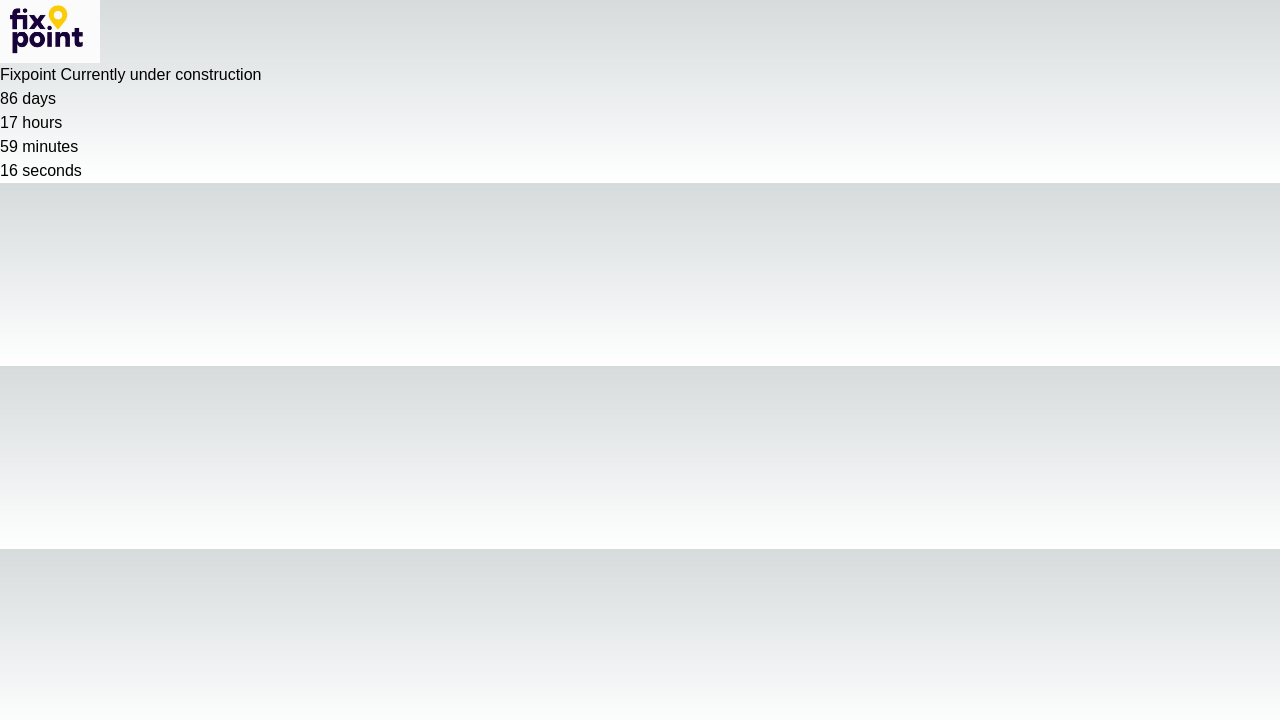
Repository: emorilebo/fixpoint_web
Page: /
These files come from the project's save history. The page is drawn as it stood at one moment and after the next save; the edit follows.
The browser window is 1280 px wide. The pictures show the whole page.
The project was rebuilt for these pictures with package versions that can differ from the ones it lists, and the page was loaded fresh each time. The framework's server and built-in components were replaced by stand-ins that run in the browser. Also part of the build but not shown: next.config.js.

Above is the page before, as saved 2023-09-15 20:03:41.

### src/pages/index.tsx
import Image from 'next/image';
import Countdown from '../../components/Countdown';

const HomePage: React.FC = () => {
  const targetDate = '2023-09-30T00:00:00';

  return (
    <div>
      <Image src='/public/logo.jpg' width='100' height='100'/>
      {/* <Image/> */}
      <h1>Fixpoint Currently under construction</h1>
      <Countdown targetDate={targetDate} />
    </div>
  );
};

export default HomePage;

### src/styles/globals.css
@tailwind base;
@tailwind components;
@tailwind utilities;

body {
  font-family: sans-serif;
}

.countdown-timer {
  display: flex;
  justify-content: center;
  align-items: center;
  height: 100vh;
  background-color: #fff;
}

.countdown-timer__clock {
  font-size: 100px;
  font-weight: bold;
}

.countdown-timer__controls {
  margin-top: 50px;
}

.countdown-timer__controls button {
  padding: 10px 20px;
  background-color: #000;
  color: #fff;
  border: none;
  border-radius: 5px;
  cursor: pointer;
}


:root {
  --foreground-rgb: 0, 0, 0;
  --background-start-rgb: 214, 219, 220;
  --background-end-rgb: 255, 255, 255;
}

@media (prefers-color-scheme: dark) {
  :root {
    --foreground-rgb: 255, 255, 255;
    --background-start-rgb: 0, 0, 0;
    --background-end-rgb: 0, 0, 0;
  }
}

body {
  color: rgb(var(--foreground-rgb));
  background: linear-gradient(
      to bottom,
      transparent,
      rgb(var(--background-end-rgb))
    )
    rgb(var(--background-start-rgb));
}

### components/Countdown.tsx
import { useEffect, useState } from 'react';

interface CountdownProps {
  targetDate: string;
}

const Countdown: React.FC<CountdownProps> = ({ targetDate }) => {
  const [timeLeft, setTimeLeft] = useState<number>(0);

  useEffect(() => {
    const interval = setInterval(() => {
      const now = new Date().getTime();
      const distance = new Date(targetDate).getTime() - now;
      setTimeLeft(Math.max(0, distance));
    }, 1000);

    return () => clearInterval(interval);
  }, [targetDate]);

  const days = Math.floor(timeLeft / (1000 * 60 * 60 * 24));
  const hours = Math.floor((timeLeft % (1000 * 60 * 60 * 24)) / (1000 * 60 * 60));
  const minutes = Math.floor((timeLeft % (1000 * 60 * 60)) / (1000 * 60));
  const seconds = Math.floor((timeLeft % (1000 * 60)) / 1000);

  return (
    <div>
      <div>{days} days</div>
      <div>{hours} hours</div>
      <div>{minutes} minutes</div>
      <div>{seconds} seconds</div>
    </div>
  );
};

export default Countdown;

Loaded but not shown: src/pages/_app.tsx (common file); src/pages/_document.tsx (common file); tailwind.config.js (common file)

After the next save:
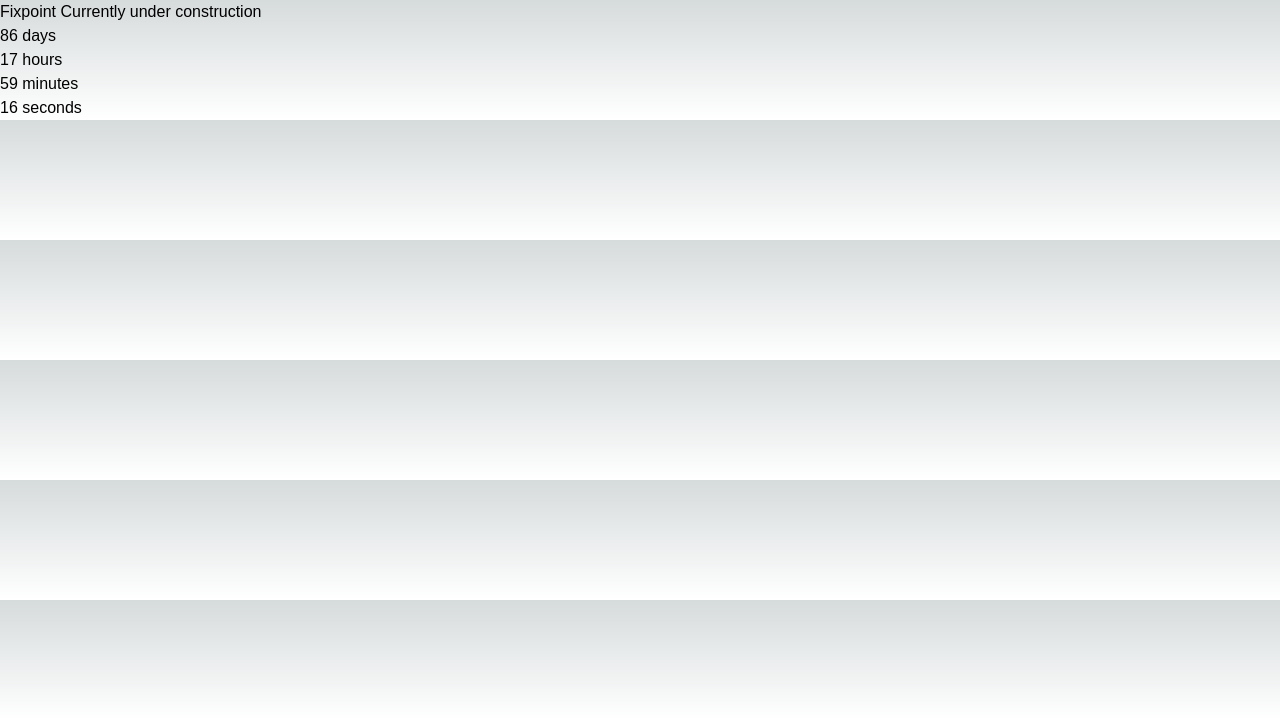
Saved 2 min 36 s later.
--- a/src/pages/index.tsx
+++ b/src/pages/index.tsx
@@ -6,8 +6,7 @@
 
   return (
     <div>
-      <Image src='/public/logo.jpg' width='100' height='100'/>
-      {/* <Image/> */}
+
       <h1>Fixpoint Currently under construction</h1>
       <Countdown targetDate={targetDate} />
     </div>
